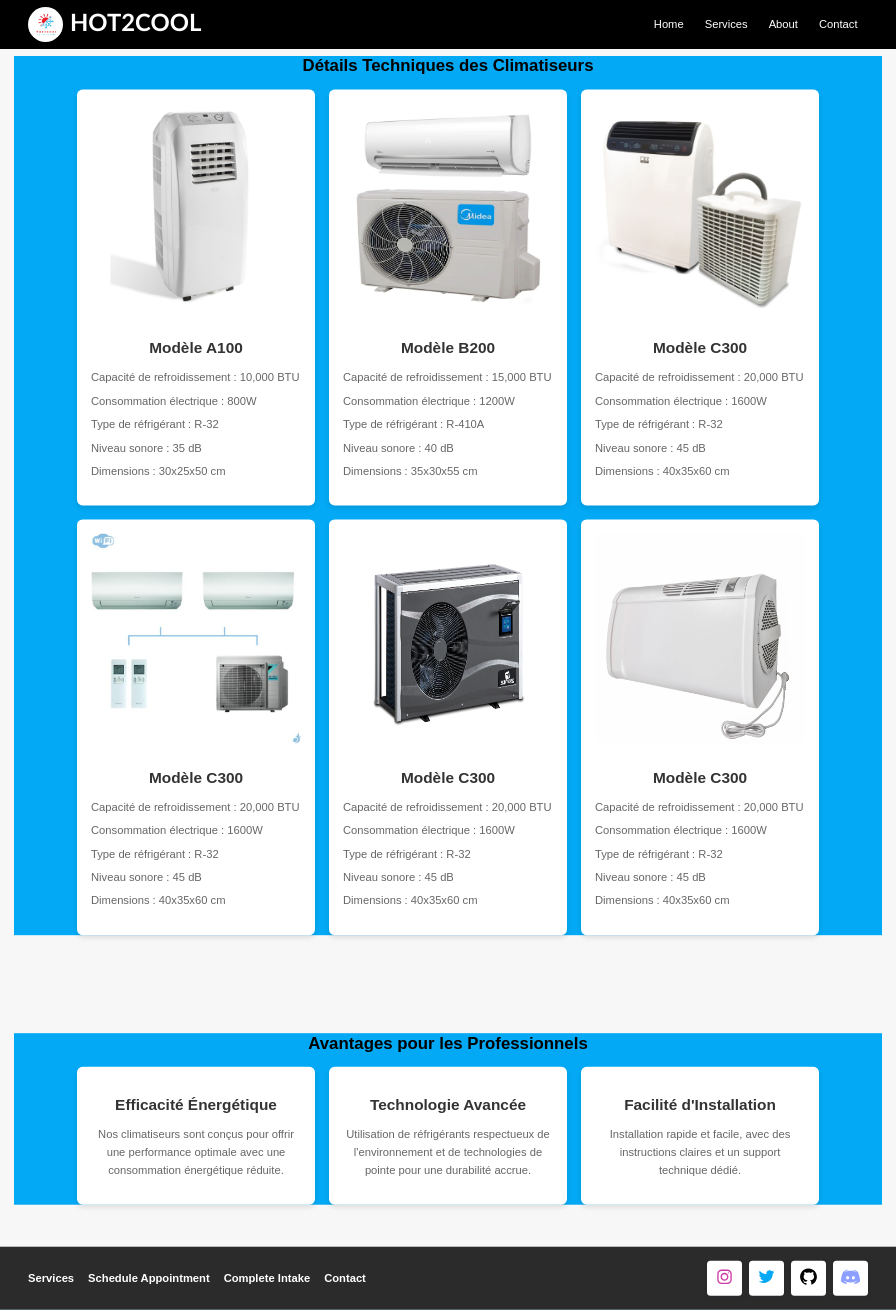
Repository: kadel237/hot2cool
Page: tech.html
These files come from the project's save history. The page is drawn as it stood at one moment and after the next save; the edit follows.
The browser window is 1280 px wide. The pictures show the whole page, at 70% of full size.

Above is the page before, as saved 2024-07-04 00:27:19.

After the next save:
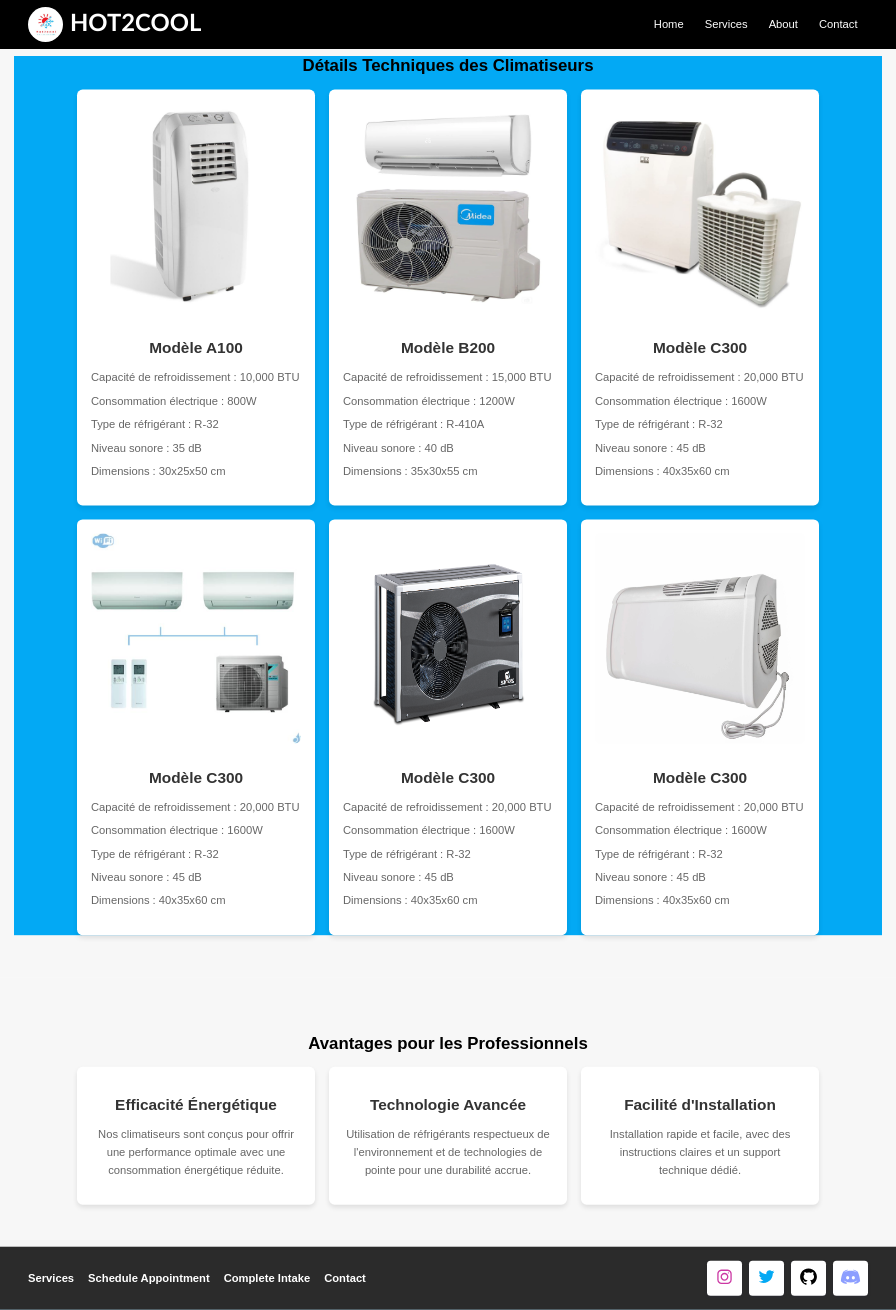
Saved 6 s later.
--- a/tech.css
+++ b/tech.css
@@ -199,7 +199,7 @@
   max-width: 1200px;
   margin: 0 auto;
   padding: 0 20px;
-  background-color: #03a9f4;
+
 }
 
 .technical-details h2,
